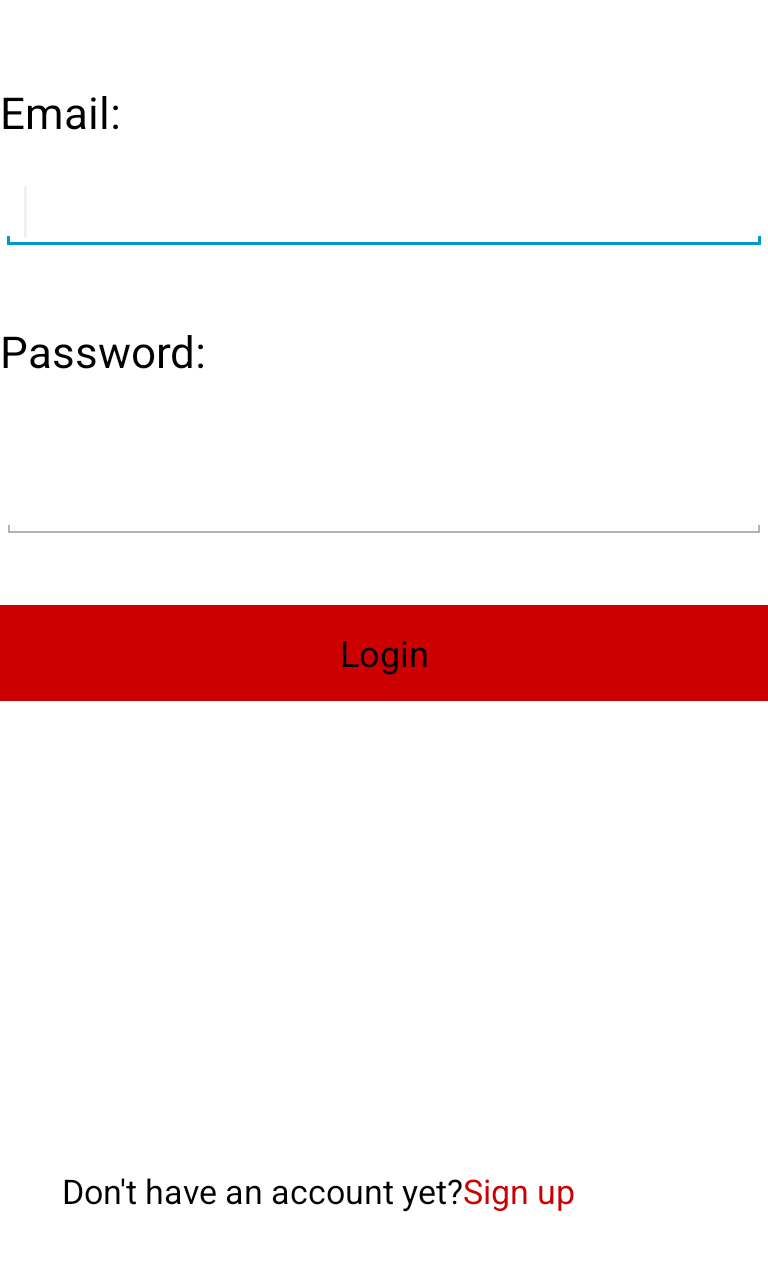
Repository: erwasambo/greendevelopment
Layout: GreenDevelopment/NASCuisine/res/layout/login.xml
These files come from the project's save history. The layout is drawn as it stood at one moment and after the next save; the edit follows.
It is drawn on a 768 x 1280 px phone screen (xhdpi) without system bars, with theme AppTheme; the app's code is not run.

Above is the layout before, as saved 2013-12-03 01:53:00.

After the next save:
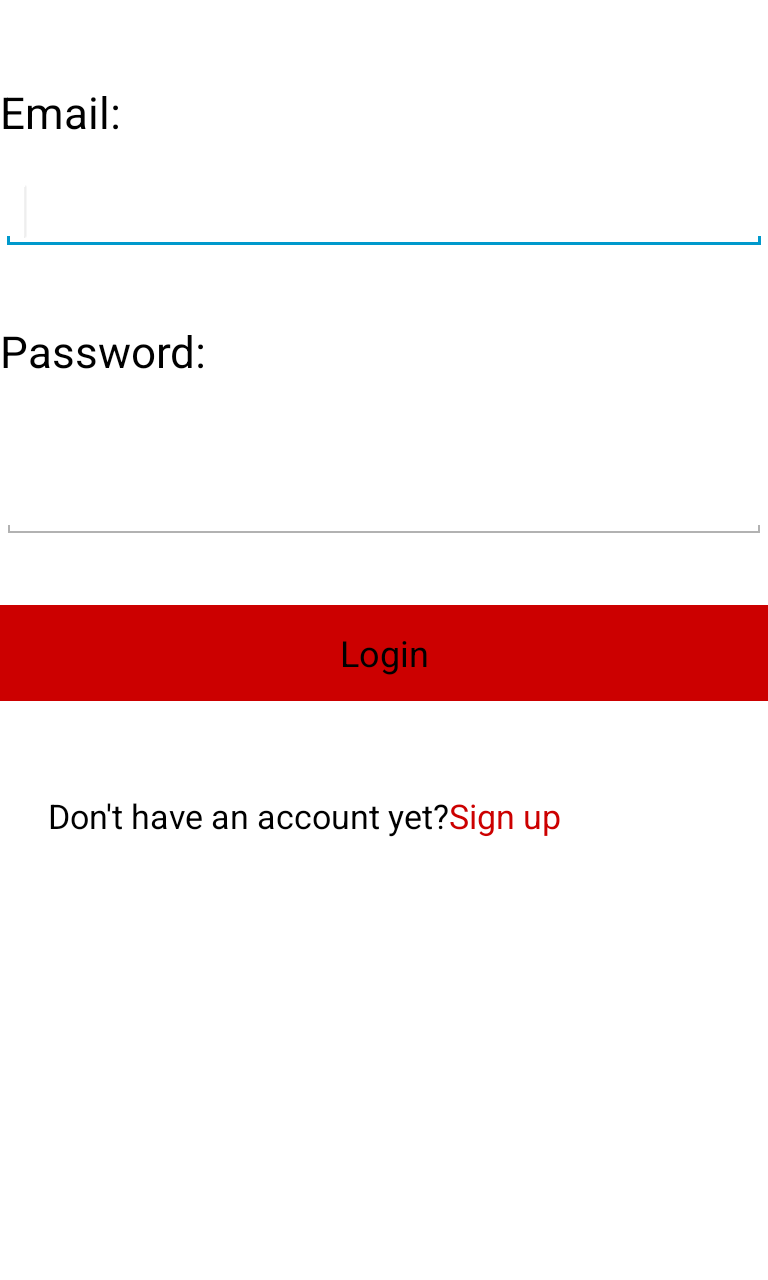
Saved 4 min 0 s later.
--- a/GreenDevelopment/NASCuisine/res/layout/login.xml
+++ b/GreenDevelopment/NASCuisine/res/layout/login.xml
@@ -23,7 +23,7 @@
         android:text="@string/password"
         android:textAppearance="?android:attr/textAppearanceLarge" />
 
-   <EditText
+    <EditText
         android:id="@+id/loginEmail"
         android:layout_width="match_parent"
         android:layout_height="wrap_content"
@@ -31,9 +31,12 @@
         android:layout_below="@+id/textView1"
         android:layout_marginTop="16dp"
         android:ems="10"
-        android:inputType="textEmailAddress" ><requestFocus/>
+        android:inputType="textEmailAddress" >
+
+        <requestFocus />
     </EditText>
-        <EditText
+
+    <EditText
         android:id="@+id/loginPassword"
         android:layout_width="match_parent"
         android:layout_height="wrap_content"
@@ -41,14 +44,7 @@
         android:layout_below="@+id/textView2"
         android:layout_marginTop="41dp"
         android:ems="10"
-        android:inputType="textPassword"/>
-    <TextView
-        android:id="@+id/login_error"
-        android:layout_width="wrap_content"
-        android:layout_height="wrap_content"
-        android:layout_alignParentBottom="true"
-        android:layout_centerHorizontal="true"
-        android:layout_marginBottom="14dp" />
+        android:inputType="textPassword" />
 
     <Button
         android:id="@+id/btnLogin"
@@ -64,9 +60,10 @@
         android:id="@+id/txtNoacc"
         android:layout_width="wrap_content"
         android:layout_height="wrap_content"
-        android:layout_above="@+id/login_error"
         android:layout_alignParentLeft="true"
-        android:layout_marginLeft="31dp"
+        android:layout_below="@+id/btnLogin"
+        android:layout_marginLeft="24dp"
+        android:layout_marginTop="46dp"
         android:text="@string/donthaveacc"
         android:textAppearance="?android:attr/textAppearanceLarge"
         android:textSize="17sp" />
@@ -75,7 +72,8 @@
         android:id="@+id/tvLinkToRegisterScreen"
         android:layout_width="wrap_content"
         android:layout_height="wrap_content"
-        android:layout_above="@+id/login_error"
+        android:layout_alignBaseline="@+id/txtNoacc"
+        android:layout_alignBottom="@+id/txtNoacc"
         android:layout_toRightOf="@+id/txtNoacc"
         android:text="@string/signup"
         android:textAppearance="?android:attr/textAppearanceLarge"
